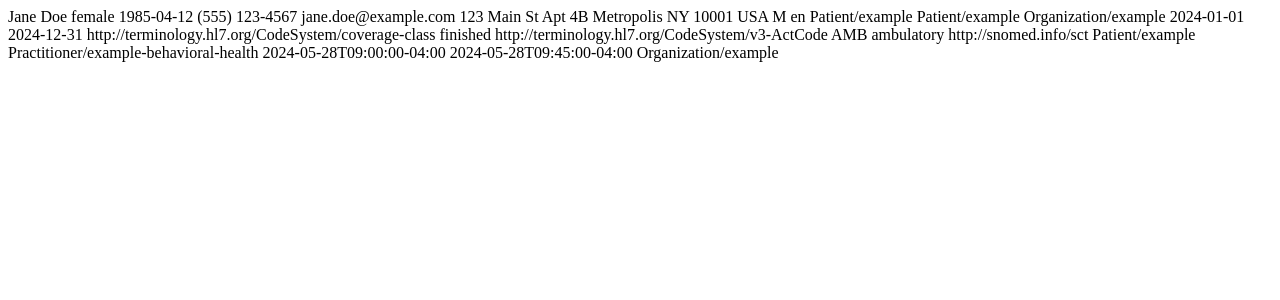
Repository: Laniz/Mapping-project
Page: http://localhost/Best Notes/public/index.php
An editor plug-in stored every save of this project. The page is shown before and after a run of saves, followed by the edit.
The browser window is 1280 px wide. The pictures show the whole page.
The page is run by PHP 8.4 with error messages shown; the project is at /var/www/html/.

Above is the page before, as saved 2025-06-30 22:22:49.

After the next 2 saves:
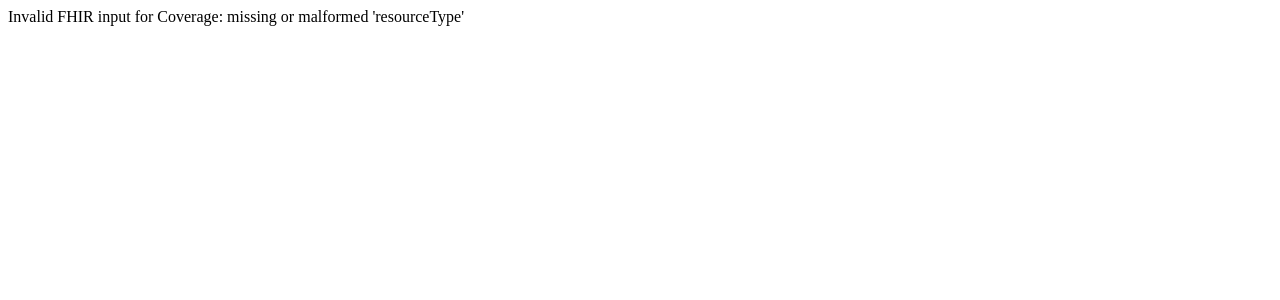
The 2 saves are shown as one change because they came seconds apart.
The last was saved 64 s later.
--- a/Best Notes/public/index.php
+++ b/Best Notes/public/index.php
@@ -19,7 +19,7 @@
 
 // Input paths
 $inputPath = __DIR__ . '/../FHIR-Patient-Full.json';
-$inputPath2 = __DIR__ . '/../FHIR-Coverage-example.json';
+$inputPath2 = __DIR__ . '/../coverage_mapping.json';
 $inputPath3 = __DIR__ . '/../Encounter-example.json';
 $inputPath4 = __DIR__ . '/../FHIR-CLAIM.json';
 
